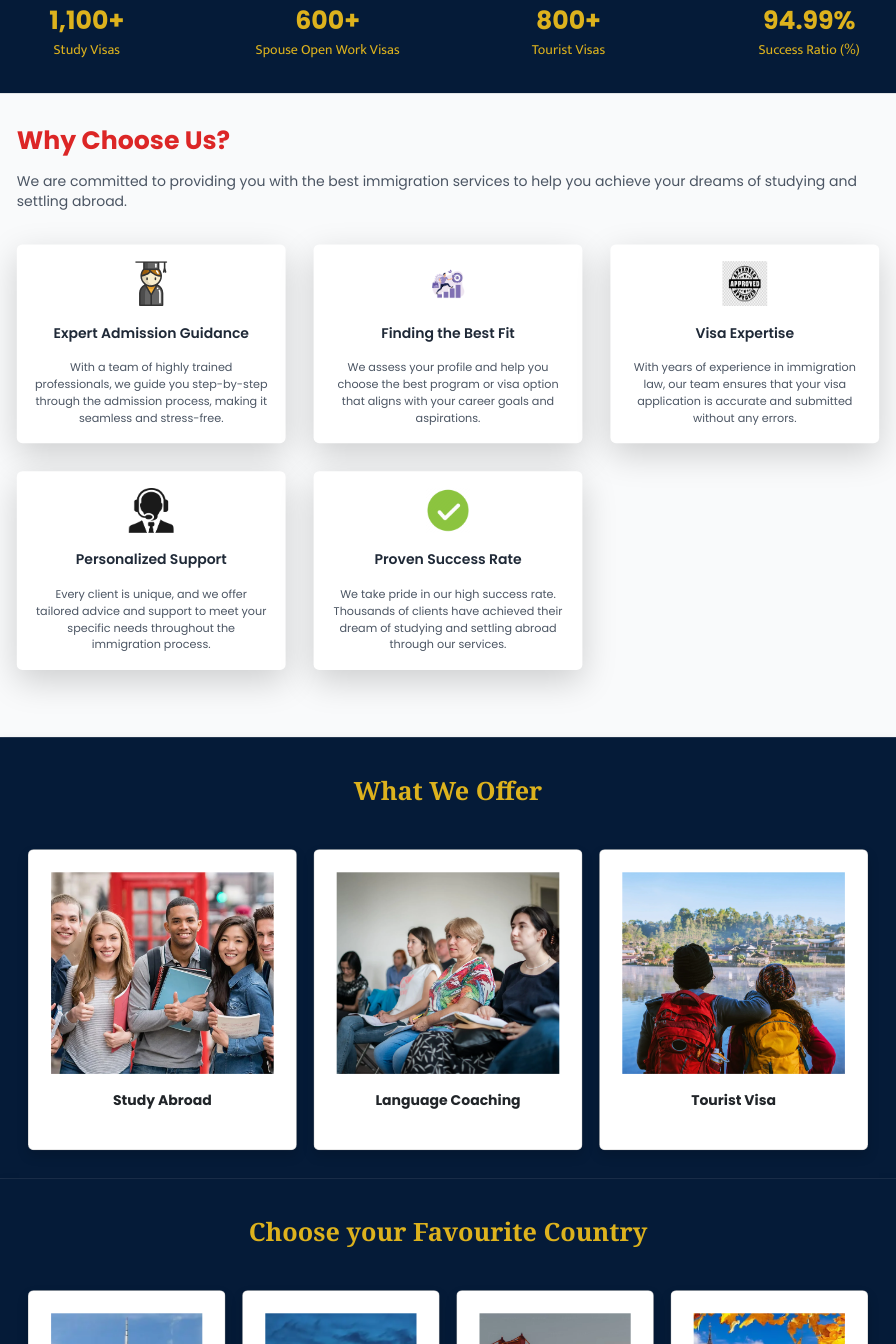
Repository: abhijeets54/d2globalbackup
Page: /
The author's editor kept a copy of each file at every save. The page is drawn from the files as they stood at one save, then again after the next save.
The browser window is 1280 px wide. The pictures show the part of the page from y = 1423 to 3343 px (the page is 5754 px tall before and 5678 px after), at 70% of full size.
Some web fonts or font styles are not loaded; a fallback is used. The project was rebuilt for these pictures with package versions that can differ from the ones it lists, and the page was loaded fresh each time. Also part of the build but not shown: vite.config.js, src/components/Logo.jsx, src/components/Button.jsx, src/components/PostCard.jsx, src/components/Input.jsx, src/components/WhatPeopleAreSaying.jsx, src/components/PassportServiceSlider.jsx, src/components/Register.jsx and 25 more.

Above is the page before, as saved 2024-10-22 13:59:46.

### index.html
<!doctype html>
<html lang="en">
  <head>
    <meta charset="UTF-8" />
    <link rel="icon" type="image/svg+xml" href="/logo.png" />
    <meta name="viewport" content="width=device-width, initial-scale=1.0" />
    <link href="https://fonts.googleapis.com/css2?family=Gothic+A1&family=Inconsolata:wght@200..900&family=Mukta:wght@200;300;400;500;600;700;800&family=Poppins:ital,wght@0,100;0,200;0,300;0,400;0,500;0,600;0,700;0,800;0,900;1,100;1,200;1,300;1,400;1,500;1,600;1,700;1,800;1,900&display=swap" rel="stylesheet">
    <link rel="preconnect" href="https://fonts.googleapis.com">
<link rel="preconnect" href="https://fonts.gstatic.com" crossorigin>
<link href="https://fonts.googleapis.com/css2?family=Lora:ital,wght@0,400..700;1,400..700&family=Merriweather:ital,wght@0,300;0,400;0,700;0,900;1,300;1,400;1,700;1,900&family=Open+Sans:ital,wght@0,300..800;1,300..800&family=Playfair+Display:ital,wght@0,400..900;1,400..900&display=swap" rel="stylesheet">
    <link rel="preconnect" href="https://fonts.googleapis.com">
<link rel="preconnect" href="https://fonts.gstatic.com" crossorigin>
<link href="https://fonts.googleapis.com/css2?family=Lora:ital,wght@0,400..700;1,400..700&family=Merriweather:ital,wght@0,300;0,400;0,700;0,900;1,300;1,400;1,700;1,900&family=Open+Sans:ital,wght@0,300..800;1,300..800&display=swap" rel="stylesheet">
    <link rel="preconnect" href="https://fonts.googleapis.com">
<link rel="preconnect" href="https://fonts.gstatic.com" crossorigin>
<link href="https://fonts.googleapis.com/css2?family=Merriweather:ital,wght@0,300;0,400;0,700;0,900;1,300;1,400;1,700;1,900&display=swap" rel="stylesheet">
    <link href="https://cdn.jsdelivr.net/npm/bootstrap@5.3.3/dist/css/bootstrap.min.css" rel="stylesheet" integrity="sha384-QWTKZyjpPEjISv5WaRU9OFeRpok6YctnYmDr5pNlyT2bRjXh0JMhjY6hW+ALEwIH" crossorigin="anonymous">
    <link
  rel="stylesheet"
  href="https://cdnjs.cloudflare.com/ajax/libs/font-awesome/5.15.3/css/all.min.css"
/>
    <title>D2 Global</title>
  </head>
  <body class="bg-slate-400">
    <div id="root"></div>
    <script src="https://cdn.jsdelivr.net/npm/bootstrap@5.3.3/dist/js/bootstrap.bundle.min.js" integrity="sha384-YvpcrYf0tY3lHB60NNkmXc5s9fDVZLESaAA55NDzOxhy9GkcIdslK1eN7N6jIeHz" crossorigin="anonymous"></script>
    <script type="module" src="/src/main.jsx"></script>
  </body>
</html>

### src/App.jsx
import React, { useState, useEffect } from 'react'
import './App.css'
import { Footer, Header } from './components'
import { Outlet } from 'react-router-dom'


function App() {
  const [loading, setLoading] = useState(false)

  return !loading ? (
    <div className='min-h-screen flex flex-wrap content-between bg-gray-400'>
      <div className='w-full block'>
        <Header />
        <main>
        <Outlet />
        </main>
        <Footer />
      </div>
    </div>
  ) : null
}

export default App

### src/pages/Home.jsx
import React, { useState } from 'react';
import { useNavigate } from 'react-router-dom';
import Collage from '../components/Collage';
import OurAssociates from '../components/OurAssociates';
import QuickNumbers from '../components/QuickNumbers';
import WhatPeopleAreSaying from '../components/WhatPeopleAreSaying';
import PassportServiceSlider from '../components/PassportServiceSlider';
import Register from '../components/Register';
import ContactSystem from '../components/ContactSystem';
import About from '../components/About';
import Offer from '../components/Offer';
import Countries from '../components/Countries';
import PopupForm from '../components/PopupForm';
import Events from '../components/Events';
import QuickEnquiry from '../components/ContactUs/QuickEnquiry';
import Choose from '../components/Choose';
import People from '../components/People';
import CollageWithAnimations from '../components/CollageWithAnimations';
import ResultsSlideshow from '../components/Results';
function Home() {
  const navigate = useNavigate();
  const [showFullText, setShowFullText] = useState(false);

  const handleReadMore = () => {
    navigate('/About');
  };

  const handleMoreAboutUs = () => {
    setShowFullText(!showFullText);
  };

  return (
    <>

   {/* <CollageWithAnimations/> */}
   {/* <PassportServiceSlider/> */}
      {/* <PopupForm /> */}
      <QuickEnquiry />
      <Collage />

        <About />
        {/* <People/> */}
        <QuickNumbers />
        <Choose/>
        <Offer />

        {/* <Timeline /> */}



            <Countries />


            <OurAssociates />
            {/* <ResultsSlideshow/>
          <WhatPeopleAreSaying /> */}

          {/* <Events /> */}

          {/* <Register /> */}
          <ContactSystem/>


    </>
  );
}

export default Home;

### src/components/Layout.jsx
// src/components/Layout.jsx
import React from 'react';
import { Outlet, useNavigate } from 'react-router-dom';

const Layout = () => {
  const navigate = useNavigate();

  const handleDonateClick = () => {
    navigate('/Donate');
  };

  return (
    <div>
      <Outlet />
      {/* <a
        href="#top"
        className="fixed right-2 bottom-16 bg-blue-950 text-white hover:bg-yellow-500 py-1 px-2 rounded-2 h-8 w-10 mt-2"
        style={{ zIndex: 1000 }}
      >
        <img src="../../IOC Website pictures/icons8-top-50.png" alt="Go to top " />
      </a> */}
    </div>
  );
};

export default Layout;

### src/components/OurAssociates.jsx
import React from 'react';
import 'tailwindcss/tailwind.css';

const logos = [
  '/oxford.webp',
  '/regent.webp',
  '/webster.webp',
  '/avila.svg',
  '/iau.webp',
  '/bcnlip.webp',
  '/camino.webp',
  '/ihmgs.webp',
  '/uclan.webp',
  '/aura.webp',
  '/lyon.webp'
];

function OurAssociates() {
  return (
    <div className="bg-white py-10"> {/* Reduced padding */}
      <h4 className="text-center text-blue-950 mt-3 text-3xl sm:text-4xl lg:text-5xl font-semibold">
        OUR PARTNERS
      </h4>
      <br />
      <div className="overflow-hidden relative">
        <div className="flex animate-scroll space-x-6 sm:space-x-8 lg:space-x-10">
          {/* Duplicating logos to create seamless infinite scroll */}
          {logos.concat(logos).map((logo, index) => (
            <div key={index} className="flex-shrink-0">
              <img
                src={logo}
                alt={`Logo ${index + 1}`}
                className="h-20 w-20 sm:h-28 sm:w-28 lg:h-36 lg:w-36 object-contain"
              />
            </div>
          ))}
        </div>
      </div>
      {/* Adding additional space at the bottom */}
      <div className="mt-10"></div>
    </div>
  );
}

export default OurAssociates;

### src/components/QuickNumbers.jsx
import React, { useEffect, useState, useRef } from 'react';
import CountUp from 'react-countup';
import { FaUserAlt, FaPassport, FaPlaneDeparture, FaCheckCircle } from 'react-icons/fa';
import 'tailwindcss/tailwind.css';

const data = [
  {
    icon: <FaUserAlt className="h-12 w-12 text-yellow-400 mb-2" />,
    number: 1100,
    label: 'Study Visas'
  },
  {
    icon: <FaPassport className="h-12 w-12 text-yellow-400 mb-2" />,
    number: 600,
    label: 'Spouse Open Work Visas'
  },
  {
    icon: <FaPlaneDeparture className="h-12 w-12 text-yellow-400 mb-2" />,
    number: 800,
    label: 'Tourist Visas'
  },
  {
    icon: <FaCheckCircle className="h-12 w-12 text-yellow-400 mb-2" />,
    number: 95,
    label: 'Success Ratio (%)',
    isDecimal: true,
  }
];

function QuickNumbers() {
  const [showCounts, setShowCounts] = useState(false);
  const quickNumbersRef = useRef(null);

  useEffect(() => {
    const observer = new IntersectionObserver(
      (entries) => {
        if (entries[0].isIntersecting) {
          setShowCounts(true);
        }
      },
      { threshold: 0.2 }
    );

    if (quickNumbersRef.current) {
      observer.observe(quickNumbersRef.current);
    }

    return () => {
      if (quickNumbersRef.current) {
        observer.unobserve(quickNumbersRef.current);
      }
    };
  }, []);

  return (
    <div ref={quickNumbersRef} className="bg-customBlue w-full">
      <h2 className="text-center text-2xl sm:text-4xl font-serif font-extrabold text-customYellow pt-5 mb-8">
        QUICK NUMBERS
      </h2>

      {/* Responsive Grid Layout */}
      <div className="grid grid-cols-1 sm:grid-cols-2 lg:grid-cols-4 gap-8 lg:gap-24 mt-5 pb-5">
        {data.map((item, index) => (
          <div key={index} className="text-center text-customYellow flex flex-col items-center">
            <div className="quicknumber flex flex-col justify-center items-center">
              <div className="icon mb-2">{item.icon}</div>
              <h3 className="text-2xl sm:text-4xl font-bold font-poppins"> {/* Use custom font here */}
                {showCounts && (
                  <CountUp
                    end={item.number}
                    duration={7}
                    decimals={item.isDecimal ? 2 : 0}
                    suffix={item.isDecimal ? "%" : "+"}
                  />
                )}
              </h3>
              <p className="mt-2 text-base sm:text-xl font-mukta"> {/* Use custom font here */}
                {item.label}
              </p>
            </div>
          </div>
        ))}
      </div>
    </div>
  );
}

export default QuickNumbers;

### src/components/Choose.jsx
import React from 'react';
import { motion } from 'framer-motion';

function Choose() {
  // Animation Variants
  const fadeInFromRight = {
    hidden: { opacity: 0, x: 100 },
    visible: { opacity: 1, x: 0 },
  };

  const slideInUp = {
    hidden: { opacity: 0, y: 50 },
    visible: (i) => ({
      opacity: 1,
      y: 0,
      transition: {
        delay: i * 0.3, // Delay each feature animation
      },
    }),
  };

  return (
    <section className="py-12 bg-gray-50">
      <div className="container mx-auto px-4">
        {/* Section Title with Animation */}
        <motion.div
          initial="hidden"
          whileInView="visible"
          viewport={{ once: true }}
          variants={fadeInFromRight}
          transition={{ duration: 1 }}
          className="text-left mb-12"
        >
          <h2 className="text-3xl md:text-4xl font-bold text-red-600">
            Why Choose Us?
          </h2>
          <p className="mt-4 text-lg md:text-xl text-gray-600">
            We are committed to providing you with the best immigration services to help you achieve your dreams of studying and settling abroad.
          </p>
        </motion.div>

        {/* Features Section */}
        <div className="grid gap-10 md:grid-cols-3">
          {/* Feature 1 */}
          <motion.div
            custom={1}
            initial="hidden"
            whileInView="visible"
            viewport={{ once: true }}
            variants={slideInUp}
            className="bg-white shadow-lg rounded-lg p-6 text-center"
          >
            <div className="flex justify-center mb-6">
              <img src="/student.svg" alt="Admission Guidance" className="h-16 w-16" />
            </div>
            <h4 className="text-xl font-semibold text-gray-800 mb-4">Expert Admission Guidance</h4>
            <p className="text-gray-600">
              With a team of highly trained professionals, we guide you step-by-step through the admission process, making it seamless and stress-free.
            </p>
          </motion.div>

          {/* Feature 2 */}
          <motion.div
            custom={2}
            initial="hidden"
            whileInView="visible"
            viewport={{ once: true }}
            variants={slideInUp}
            className="bg-white shadow-lg rounded-lg p-6 text-center"
          >
            <div className="flex justify-center mb-6">
              <img src="/career.webp" alt="Best Fit" className="h-16 w-16" />
            </div>
            <h4 className="text-xl font-semibold text-gray-800 mb-4">Finding the Best Fit</h4>
            <p className="text-gray-600">
              We assess your profile and help you choose the best program or visa option that aligns with your career goals and aspirations.
            </p>
          </motion.div>

          {/* Feature 4 */}
          <motion.div
            custom={3}
            initial="hidden"
            whileInView="visible"
            viewport={{ once: true }}
            variants={slideInUp}
            className="bg-white shadow-lg rounded-lg p-6 text-center"
          >
            <div className="flex justify-center mb-6">
              <img src="/book.webp" alt="Visa Expertise" className="h-16 w-16" />
            </div>
            <h4 className="text-xl font-semibold text-gray-800 mb-4">Visa Expertise</h4>
            <p className="text-gray-600">
              With years of experience in immigration law, our team ensures that your visa application is accurate and submitted without any errors.
            </p>
          </motion.div>

          {/* Feature 5 */}
          <motion.div
            custom={4}
            initial="hidden"
            whileInView="visible"
            viewport={{ once: true }}
            variants={slideInUp}
            className="bg-white shadow-lg rounded-lg p-6 text-center"
          >
            <div className="flex justify-center mb-6">
              <img src="/customer.webp" alt="Personalized Support" className="h-16 w-16" />
            </div>
            <h4 className="text-xl font-semibold text-gray-800 mb-4">Personalized Support</h4>
            <p className="text-gray-600">
              Every client is unique, and we offer tailored advice and support to meet your specific needs throughout the immigration process.
            </p>
          </motion.div>

          {/* Feature 6 */}
          <motion.div
            custom={5}
            initial="hidden"
            whileInView="visible"
            viewport={{ once: true }}
            variants={slideInUp}
            className="bg-white shadow-lg rounded-lg p-6 text-center"
          >
            <div className="flex justify-center mb-6">
              <img src="/success.webp" alt="High Success Rate" className="h-16 w-16" />
            </div>
            <h4 className="text-xl font-semibold text-gray-800 mb-4">Proven Success Rate</h4>
            <p className="text-gray-600">
              We take pride in our high success rate. Thousands of clients have achieved their dream of studying and settling abroad through our services.
            </p>
          </motion.div>
        </div>

        {/* Call to Action */}
        <motion.div
          initial={{ opacity: 0 }}
          whileInView={{ opacity: 1 }}
          transition={{ duration: 1.5 }}
          viewport={{ once: true }}
          className="text-center mt-12"
        >
          {/* <a
            href="/contact"
            className="inline-block px-6 py-3 bg-blue-600 text-white font-semibold rounded-lg text-lg transition hover:bg-blue-700"
          >
            Get Started Today
          </a> */}
        </motion.div>
      </div>
    </section>
  );
}

export default Choose;

### src/components/container/Container.jsx
import React from 'react'

function Container({ children }) {
  return <div className='w-full'>{children}</div>
}

export default Container

Loaded but not shown: tailwind.config.js (53 lines, source omitted); src/components/index.js (19 lines, source omitted); src/components/ContactSystem.jsx (260 lines, source omitted); src/components/Header/Header.jsx (248 lines, source omitted); src/components/ContactUs/QuickEnquiry.jsx (178 lines, source omitted); src/components/Countries.jsx (133 lines, source omitted); src/components/Collage.jsx (159 lines, source omitted); src/App.css (212 lines, source omitted); src/index.css (166 lines, source omitted); src/components/ContactUs/ContactUs.jsx (68 lines, source omitted); src/components/Offer.jsx (69 lines, source omitted); src/main.jsx (66 lines, source omitted); src/components/About.jsx (84 lines, source omitted)

After the next save:
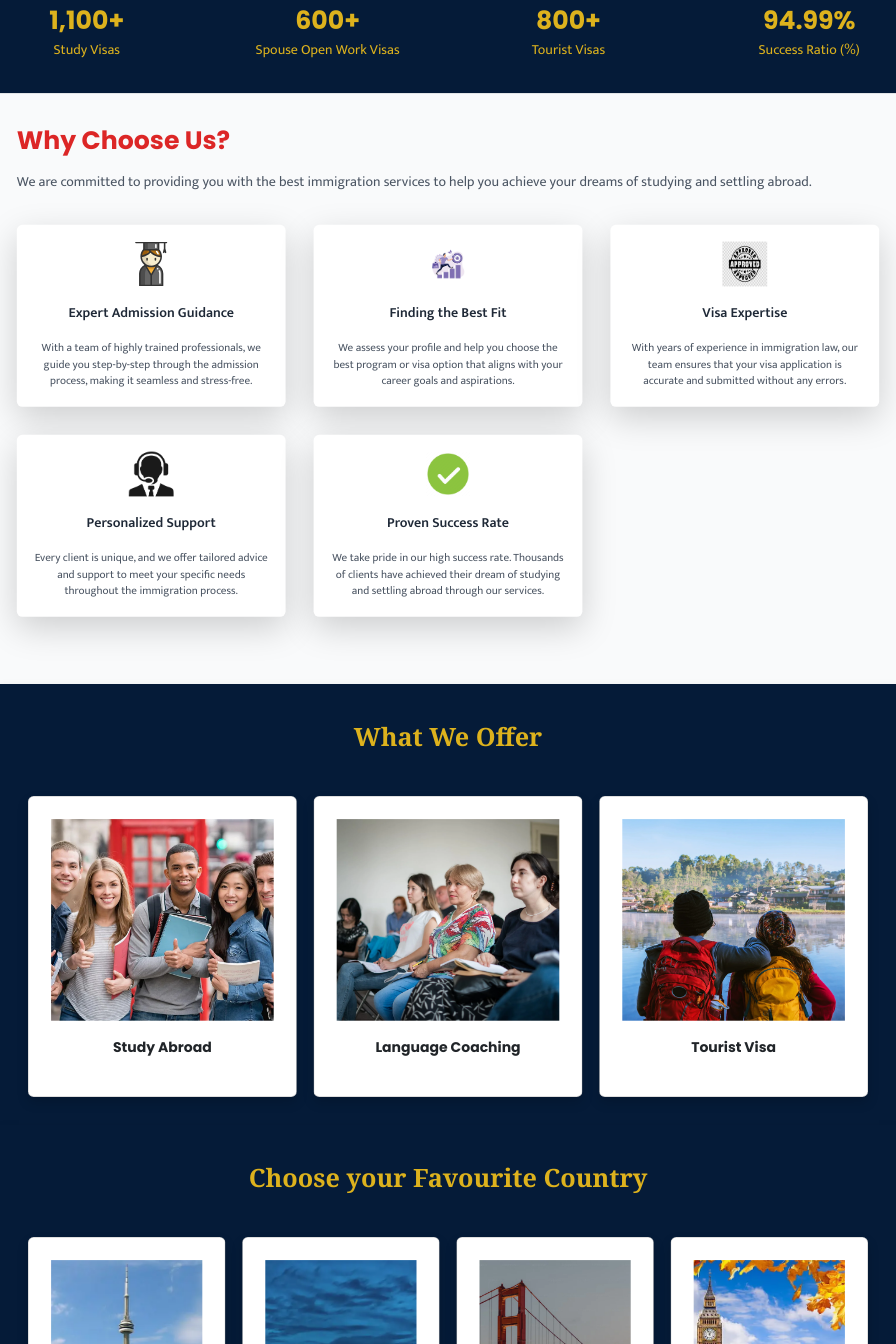
Saved 58 s later.
--- a/src/components/Choose.jsx
+++ b/src/components/Choose.jsx
@@ -31,10 +31,10 @@
           transition={{ duration: 1 }}
           className="text-left mb-12"
         >
-          <h2 className="text-3xl md:text-4xl font-bold text-red-600">
+          <h2 className="text-3xl md:text-4xl font-bold text-red-600 font-poppins">
             Why Choose Us?
           </h2>
-          <p className="mt-4 text-lg md:text-xl text-gray-600">
+          <p className="mt-4 text-lg md:text-xl text-gray-600 font-mukta">
             We are committed to providing you with the best immigration services to help you achieve your dreams of studying and settling abroad.
           </p>
         </motion.div>
@@ -53,8 +53,10 @@
             <div className="flex justify-center mb-6">
               <img src="/student.svg" alt="Admission Guidance" className="h-16 w-16" />
             </div>
-            <h4 className="text-xl font-semibold text-gray-800 mb-4">Expert Admission Guidance</h4>
-            <p className="text-gray-600">
+            <h4 className="text-xl font-semibold text-gray-800 mb-4 font-mukta"> {/* Use custom font here */}
+              Expert Admission Guidance
+            </h4>
+            <p className="text-gray-600 font-mukta">
               With a team of highly trained professionals, we guide you step-by-step through the admission process, making it seamless and stress-free.
             </p>
           </motion.div>
@@ -71,13 +73,15 @@
             <div className="flex justify-center mb-6">
               <img src="/career.webp" alt="Best Fit" className="h-16 w-16" />
             </div>
-            <h4 className="text-xl font-semibold text-gray-800 mb-4">Finding the Best Fit</h4>
-            <p className="text-gray-600">
+            <h4 className="text-xl font-semibold text-gray-800 mb-4 font-mukta">
+              Finding the Best Fit
+            </h4>
+            <p className="text-gray-600 font-mukta">
               We assess your profile and help you choose the best program or visa option that aligns with your career goals and aspirations.
             </p>
           </motion.div>
 
-          {/* Feature 4 */}
+          {/* Feature 3 */}
           <motion.div
             custom={3}
             initial="hidden"
@@ -89,13 +93,15 @@
             <div className="flex justify-center mb-6">
               <img src="/book.webp" alt="Visa Expertise" className="h-16 w-16" />
             </div>
-            <h4 className="text-xl font-semibold text-gray-800 mb-4">Visa Expertise</h4>
-            <p className="text-gray-600">
+            <h4 className="text-xl font-semibold text-gray-800 mb-4 font-mukta">
+              Visa Expertise
+            </h4>
+            <p className="text-gray-600 font-mukta">
               With years of experience in immigration law, our team ensures that your visa application is accurate and submitted without any errors.
             </p>
           </motion.div>
 
-          {/* Feature 5 */}
+          {/* Feature 4 */}
           <motion.div
             custom={4}
             initial="hidden"
@@ -107,13 +113,15 @@
             <div className="flex justify-center mb-6">
               <img src="/customer.webp" alt="Personalized Support" className="h-16 w-16" />
             </div>
-            <h4 className="text-xl font-semibold text-gray-800 mb-4">Personalized Support</h4>
-            <p className="text-gray-600">
+            <h4 className="text-xl font-semibold text-gray-800 mb-4 font-mukta">
+              Personalized Support
+            </h4>
+            <p className="text-gray-600 font-mukta">
               Every client is unique, and we offer tailored advice and support to meet your specific needs throughout the immigration process.
             </p>
           </motion.div>
 
-          {/* Feature 6 */}
+          {/* Feature 5 */}
           <motion.div
             custom={5}
             initial="hidden"
@@ -125,8 +133,10 @@
             <div className="flex justify-center mb-6">
               <img src="/success.webp" alt="High Success Rate" className="h-16 w-16" />
             </div>
-            <h4 className="text-xl font-semibold text-gray-800 mb-4">Proven Success Rate</h4>
-            <p className="text-gray-600">
+            <h4 className="text-xl font-semibold text-gray-800 mb-4 font-mukta">
+              Proven Success Rate
+            </h4>
+            <p className="text-gray-600 font-mukta">
               We take pride in our high success rate. Thousands of clients have achieved their dream of studying and settling abroad through our services.
             </p>
           </motion.div>
@@ -140,6 +150,7 @@
           viewport={{ once: true }}
           className="text-center mt-12"
         >
+          {/* Uncomment the button to use it */}
           {/* <a
             href="/contact"
             className="inline-block px-6 py-3 bg-blue-600 text-white font-semibold rounded-lg text-lg transition hover:bg-blue-700"
